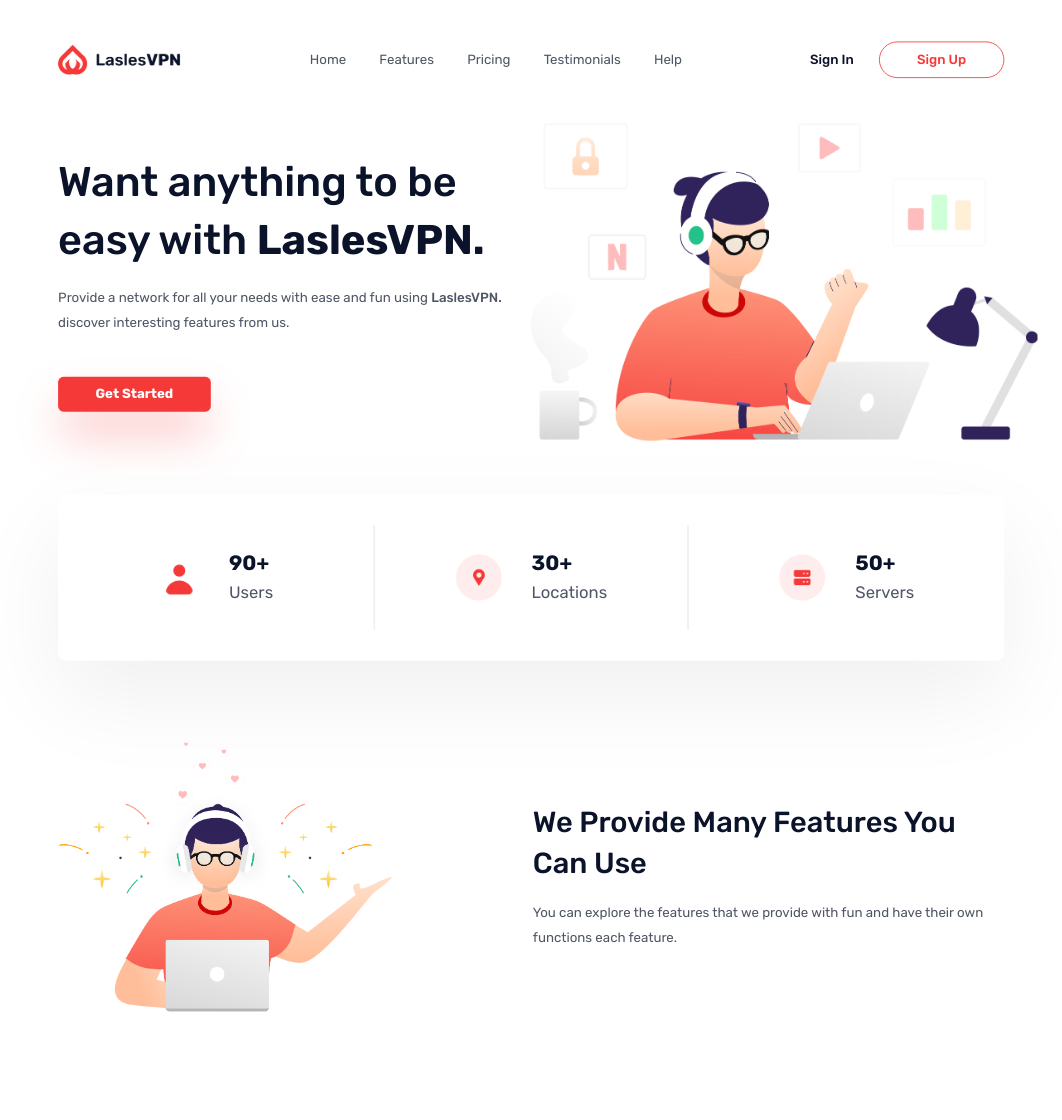
Repository: kebinh1235/lasles-demo
Page: index.html
The author's editor kept a copy of each file at every save. The page is drawn from the files as they stood at one save, then again after the next save.
The browser window is 1280 px wide. The pictures show the whole page, at 83% of full size.
The style sheet was rebuilt from its Sass, Less or Tailwind sources for each picture, by a compiler version that may differ from the author's.

Above is the page before, as saved 2021-10-31 01:31:20.

After the next save:
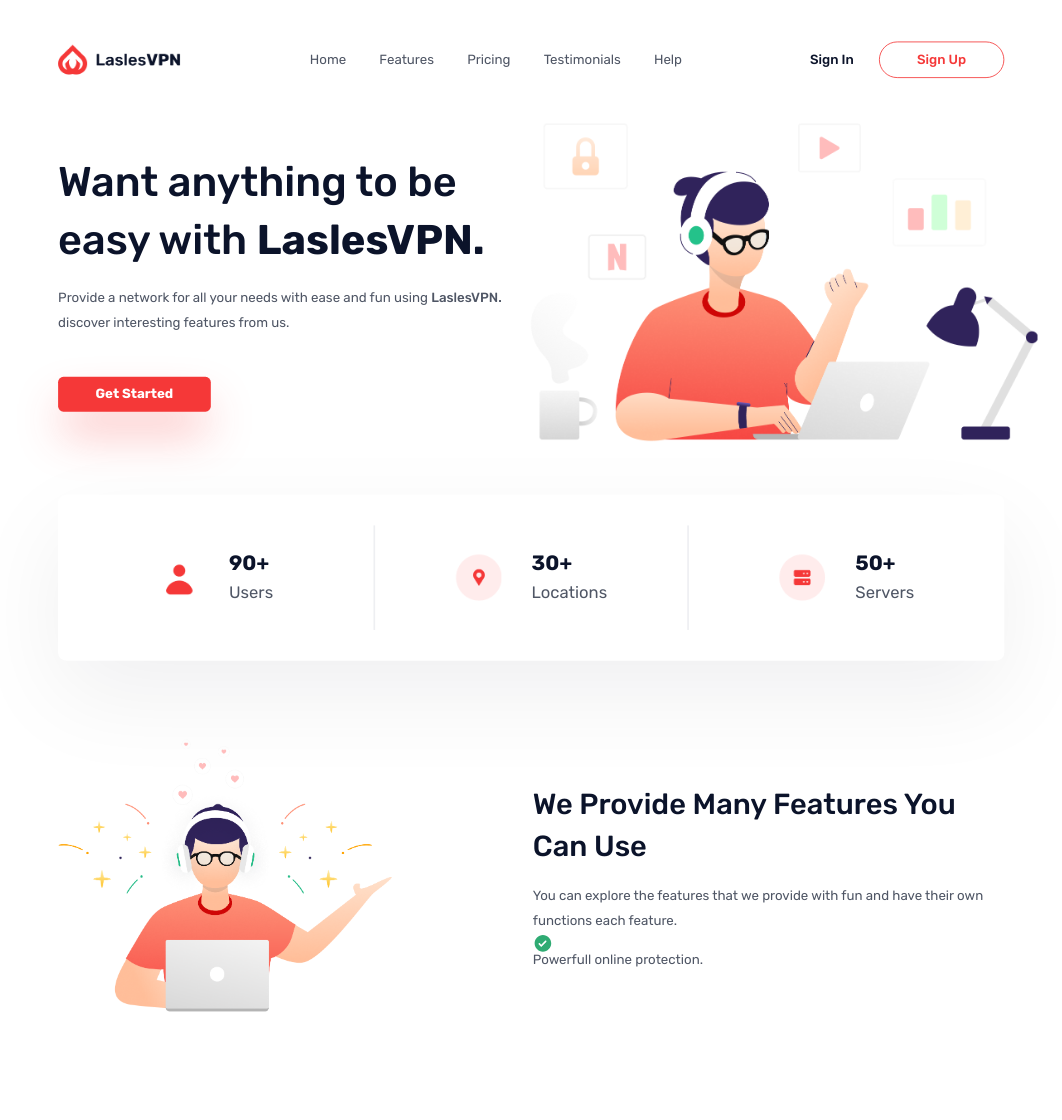
Saved 66 s later.
--- a/index.html
+++ b/index.html
@@ -102,7 +102,10 @@
               <h2 class="feature__title heading">We Provide Many Features You Can Use</h2>
               <p class="feature__desc text">You can explore the features that we provide with fun and have their own functions each feature.</p>
               <ul class="feature__list">
-                <li class="feature__item"></li>
+                <li class="feature__item">
+                  <img src="./images/Icon/check.svg" alt="Checked" title="Checked">
+                  <span>Powerfull online protection.</span>
+                </li>
                 <li class="feature__item"></li>
                 <li class="feature__item"></li>
                 <li class="feature__item"></li>
